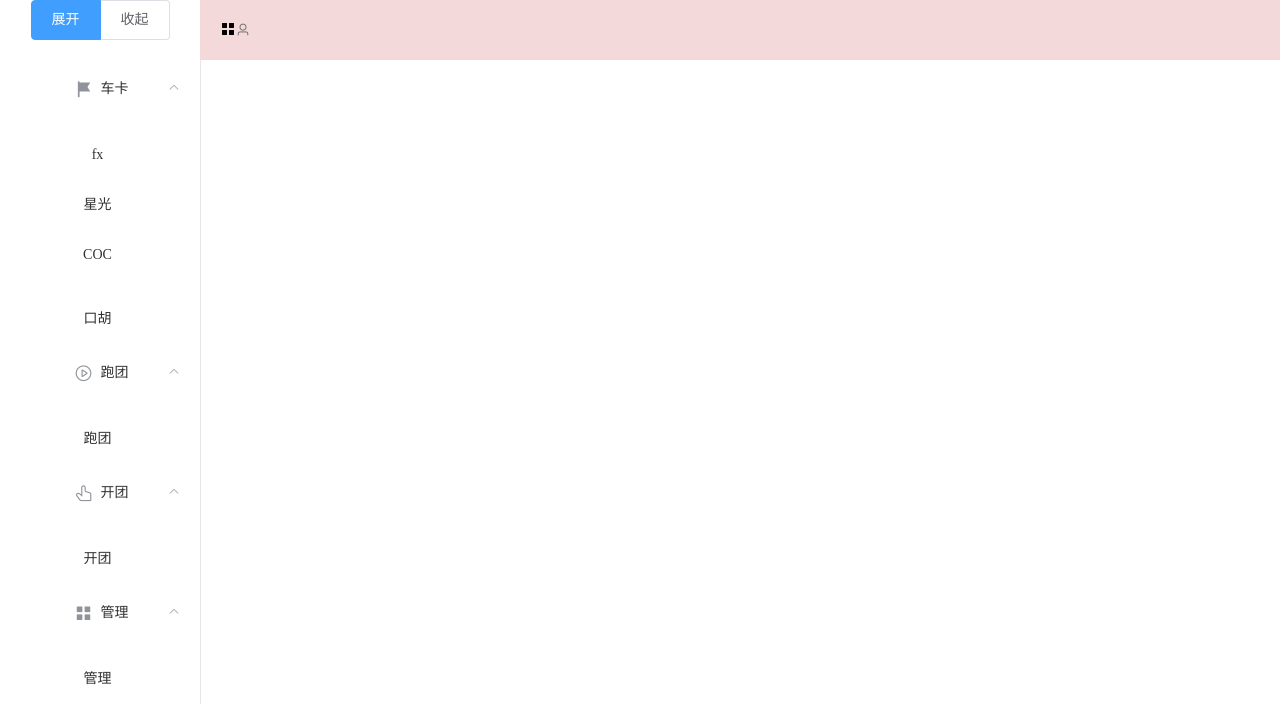
Repository: redlout/ptgkd
Page: /
These files come from the project's save history. The page is drawn as it stood at one moment and after the next save; the edit follows.
The browser window is 1280 px wide. The pictures show the whole page.
The project was rebuilt for these pictures with package versions that can differ from the ones it lists, and the page was loaded fresh each time. Also part of the build but not shown: src/mock/mock.js, src/views/Login.vue, src/components/SvgIcon/index.vue.

Above is the page before, as saved 2019-09-02 16:32:44.

### index.html
<!DOCTYPE html>
<html>
  <head>
    <meta charset="utf-8">
    <meta name="viewport" content="width=device-width,initial-scale=1.0">
    <title>ptgkd</title>
  </head>
  <body>
    <div id="app"></div>
    <!-- built files will be auto injected -->
  </body>
</html>

<style>
body{
  margin:0;
  padding:0;
}
</style>

### src/main.js
// import '@/styles/index.scss'
// import 'normalize.css/normalize.css'
import Vue from 'vue'
import App from './App'
import router from './router'

import ElementUI from 'element-ui'
import 'element-ui/lib/theme-chalk/index.css'
import api from './http/index'
import './icons'
import store from './store'

Vue.config.productionTip = false
Vue.use(ElementUI);
Vue.use(api);

// Vue.use(api)
/* eslint-disable no-new */
new Vue({
  el: '#app',
  router,
  store,
  render: h => h(App)
})

### src/router/index.js
import Vue from 'vue'
import Router from 'vue-router'
import HelloWorld from '@/views/HelloWorld'
import Login from '@/views/Login'

Vue.use(Router)

const router = new Router({
  routes: [
    {
      path: '/',
      name: 'HelloWorld',
      component: HelloWorld
    },
    {
      path: '/login',
      name: 'Login',
      component: Login
    }
  ]
})

export default router

### src/http/index.js
// 导入所有接口
import apis from './api'

const install = Vue => {
    if (install.installed)
        return;

    install.installed = true;

    Object.defineProperties(Vue.prototype, {
        // 注意，此处挂载在 Vue 原型的 $api 对象上
        $api: {
            get() {
                return apis
            }
        }
    })
}

export default install

### src/icons/index.js
import Vue from 'vue'
import SvgIcon from '@/components/SvgIcon'// svg component

// register globally
Vue.component('svg-icon', SvgIcon)

const req = require.context('./svg', false, /\.svg$/)
const requireAll = requireContext => requireContext.keys().map(requireContext)
requireAll(req)

### src/store/index.js
import Vue from 'vue'
import vuex from 'vuex'

Vue.use(vuex);
import collapse from './modules/collapse.js'
const store = new vuex.Store({
    modules: {
        collapseState: collapse,
        // menu: mymenu
        // 其他
    }
})

export default store

### src/views/HelloWorld.vue
<template>
<div class="container" >
  <el-container style="height: 100%;" direction="vertical">
    <AsideBar></AsideBar>
    <el-container>
      <HeadBar></HeadBar>
      <el-main></el-main>
    </el-container>
  </el-container>
</div>
</template>

<script>
import AsideBar from "../components/AsideBar/index";
import HeadBar from "../components/HeadBar/index";
export default {
  name: "HelloWorld",
  data() {
    return {
      isCollapse: false
    };
  },
  components: {
    AsideBar,
    HeadBar
  },
  methods: {
    logout: function() {
      var _this = this;
      this.$confirm("确认退出吗?", "提示", {
        type: "warning"
      }).then(() => {
        // sessionStorage.removeItem("user");
        this.$router.push("/login");
      });
    }
  }
};
</script>

<style scoped>
  .container {
    position:absolute;
    top: 0px;
    left: 0px;
    right: 0px;
    background: #4b5f6e;
  }
</style>

### src/http/api.js
import axios from './axios'

const login = data =>{
    return axios({
        url: '/login',
        method: 'post',
        data
    })
}

const logout = () =>{
    return axios({

    })
}

export default{
    login,
    logout
}

### src/store/modules/collapse.js
export default {
    state: {
        collapse:false  // 导航栏收缩状态
    },
    getters: {
        collapse(state){// 对应着上面state
            return collapse;
        }
    },
    mutations: {
        collapse(state){  // 改变收缩状态
            state.collapse = !state.collapse;
        }
    },
    actions: {

    }
}

### src/components/AsideBar/index.vue
<template>
  <el-aside width="initial" style="background-color: rgb(238, 241, 246) ">
    <el-menu
      :default-openeds="['1','2','3','4']"
      class="el-menu-vertical-demo"
      @open="handleOpen"
      @close="handleClose"
      :collapse="isCollapse"
    >
      <el-radio-group v-model="isCollapse" style="margin-bottom:20px;">
        <el-radio-button :label="false">展开</el-radio-button>
        <el-radio-button :label="true">收起</el-radio-button>
      </el-radio-group>
      <el-submenu index="1">
        <template slot="title">
          <i class="el-icon-s-flag"></i>
          <span slot="title">车卡</span>
        </template>
        <el-menu-item-group>
          <el-menu-item index="1-1">fx</el-menu-item>
          <el-menu-item index="1-2">星光</el-menu-item>
          <el-menu-item index="1-3">COC</el-menu-item>
        </el-menu-item-group>
        <el-menu-item-group>
          <el-menu-item index="1-1">口胡</el-menu-item>
        </el-menu-item-group>
      </el-submenu>
      <el-submenu index="2">
        <template slot="title">
          <i class="el-icon-video-play"></i>
          <span slot="title">跑团</span>
        </template>
        <el-menu-item-group>
          <el-menu-item index="2-1">跑团</el-menu-item>
        </el-menu-item-group>
      </el-submenu>
      <el-submenu index="3">
        <template slot="title">
          <i class="el-icon-thumb"></i>
          <span slot="title">开团</span>
        </template>
        <el-menu-item-group>
          <el-menu-item index="3-1">开团</el-menu-item>
        </el-menu-item-group>
      </el-submenu>
      <el-submenu index="4">
        <template slot="title">
          <i class="el-icon-menu"></i>
          <span slot="title">管理</span>
        </template>
        <el-menu-item-group>
          <el-menu-item index="3-1">管理</el-menu-item>
        </el-menu-item-group>
      </el-submenu>
    </el-menu>
  </el-aside>
</template>


<script>
export default {
  name: "AsideBar",
  data() {
    return {
      isCollapse: false
    };
  },
  methods: {
    handleOpen(key, keyPath) {
      // console.log(key, keyPath);
    },
    handleClose(key, keyPath) {
      // console.log(key,keyPath)
    }
  }
};
</script>

<style>
.el-aside {
  background-color: #d3dce6;
  color: #333;
  text-align: center;
  line-height: 10px;
  position: absolute;
}
.el-menu-vertical-demo:not(.el-menu--collapse) {
  width: 200px;
  min-height: 400px;
}
</style>

### src/components/HeadBar/index.vue
<template>
  <el-header :class="collapse?'menu-bar-collapse-width':'menu-bar-width'">
    <span @click.prevent="collapse">
      <i class="el-icon-menu"></i>
    </span>
    <el-dropdown>
      <i class="el-icon-user" style="margin-right: 15px"></i>
      <el-dropdown-menu slot="dropdown">
        <el-dropdown-item>个人信息</el-dropdown-item>
        <el-dropdown-item>管理</el-dropdown-item>
        <el-dropdown-item divided @click="logout">登出</el-dropdown-item>
      </el-dropdown-menu>
    </el-dropdown>
  </el-header>
  <!-- <el-main></el-main> -->
</template>


<style>
.el-header {
  position: absolute;
  background-color: rgb(243, 217, 217);
  left: 200px;
  right: 0px;
  height: 60px;
  line-height: 60px;
}
  .menu-bar-width{
    left: 200px;
  }
    .menu-bar-collapse-width{
    left: 65px;
  }
</style>

### src/http/axios.js
import axios from 'axios';
import qs from 'qs';
import Cookies from "js-cookie";
import router from "@/router"

export default function $axios(options){
    return new Promise((resolve, reject) => {
      console.log(options)
        const instance = axios.create({
            baseURL: 'http://localhost:8080/',
            headers: {'Content-Type': 'application/json;charset=UTF-8'},
            timeout: '10000',
            transformResponse: [function (data){
            }]
        })
        // request 拦截器
        instance.interceptors.request.use(function(config){
                let token = Cookies.get('token')
                console.log(config)
                if(1){
                    config.headers.accessToken = 111
                }else{
                    //重定向到登陆页面
                    router.push('/login')
                }
                if(config.method === 'post'){
                    if(config.data.__proto__ === FormData.prototype
                        || config.url.endsWith('path')
                        || config.url.endsWith('mark')
                        || config.url.endsWith('patchs')
                        ){
                        }else{
                          config.data = qs.stringify(config.data)
                          console.log(config.data)
                        }
                    }
                    return config
                },
                function (error) {
                // 请求超时
                console.log('request:', error)
                if(error.code === 'ECONNABORTED' && error.message.indexOf('timeout') !== -1){
                    console.log('timeout 请求超时')
                }
                // 重定向到错误页面
                const errorInfo = error.response
                console.log(errorInfo)
                if(errorInfo){
                    error = errorInfo.data
                    const errorStatus = errorInfo.statue; // 404 403 500 ...
                    router.push({
                        path:  `/error/${errorStatus}`
                    })
                }
                return Promise.reject(error)
            }
        )
        console.log(11111111111111)
        instance.interceptors.response.use(function(response){
                let data;
                if(response.data == undefined){
                  data = JSON.parse(response.request.responseText)
                }else{
                    data = response.data
                }

                //根据返回的code 来进行不同的处理
                switch(data.rc){
                    case 1:
                        console.log(data.desc)
                        break;
                    case 0:
                        store.commit('changeState')
                    default:

                }
                return data
            },
            function(err){
              console.log(999999)
                if (err && err.response) {
                    switch (err.response.status) {
                      case 400:
                        err.message = '请求错误'
                        break
                      case 401:
                        err.message = '未授权，请登录'
                        break
                      case 403:
                        err.message = '拒绝访问'
                        break
                      case 404:
                        err.message = `请求地址出错: ${err.response.config.url}`
                        break
                      case 408:
                        err.message = '请求超时'
                        break
                      case 500:
                        err.message = '服务器内部错误'
                        break
                      case 501:
                        err.message = '服务未实现'
                        break
                      case 502:
                        err.message = '网关错误'
                        break
                      case 503:
                        err.message = '服务不可用'
                        break
                      case 504:
                        err.message = '网关超时'
                        break
                      case 505:
                        err.message = 'HTTP版本不受支持'
                        break
                      default:
                    }
                  }
                  console.error(err)
                  return Promise.reject(err)
            }
        )
        //请求处理
        instance(options).then(res => {
          console.log(2222222)
            resolve(res)
            return false
        }).catch(error => {
          console.log(33333)
            reject(error)
        })
        console.log(4444)
    })
}

Loaded but not shown: src/App.vue (common file)

After the next save:
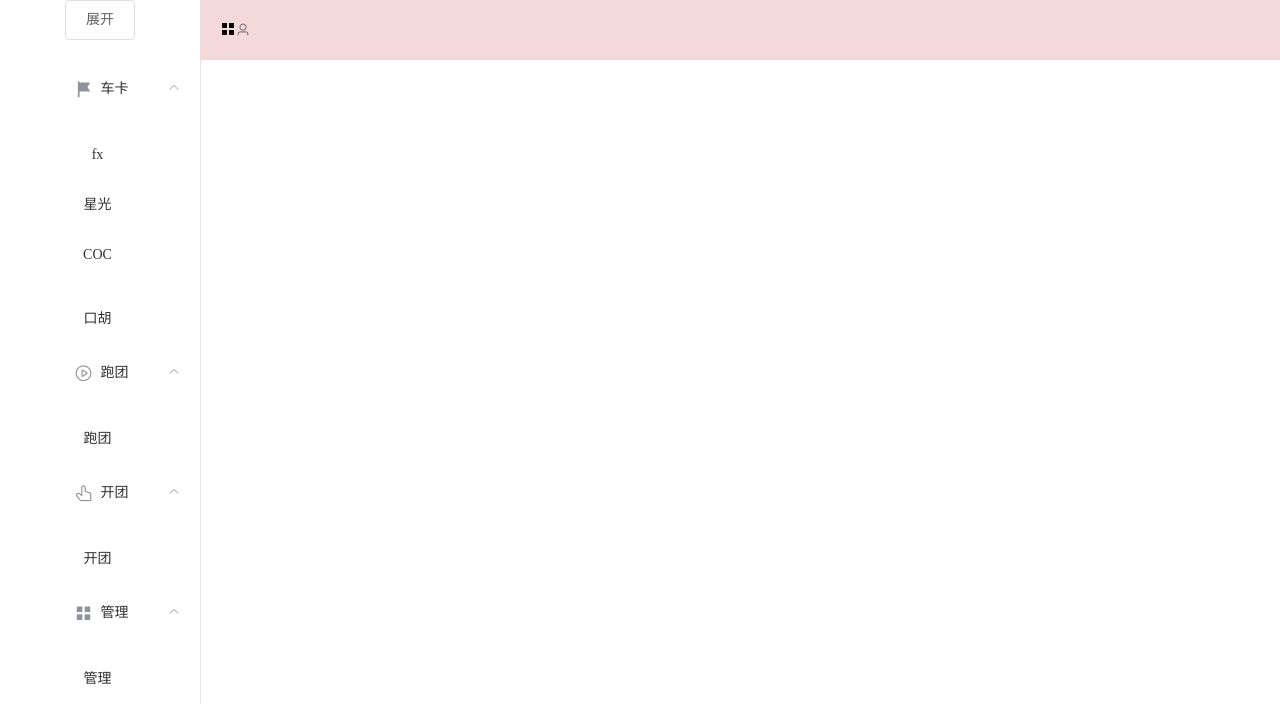
Saved 3 min 57 s later.
--- a/src/components/AsideBar/index.vue
+++ b/src/components/AsideBar/index.vue
@@ -8,8 +8,7 @@
       :collapse="isCollapse"
     >
       <el-radio-group v-model="isCollapse" style="margin-bottom:20px;">
-        <el-radio-button :label="false">展开</el-radio-button>
-        <el-radio-button :label="true">收起</el-radio-button>
+        <el-radio-button :label="isCollapse?'handleOpen':'handleClose'">展开</el-radio-button>
       </el-radio-group>
       <el-submenu index="1">
         <template slot="title">
